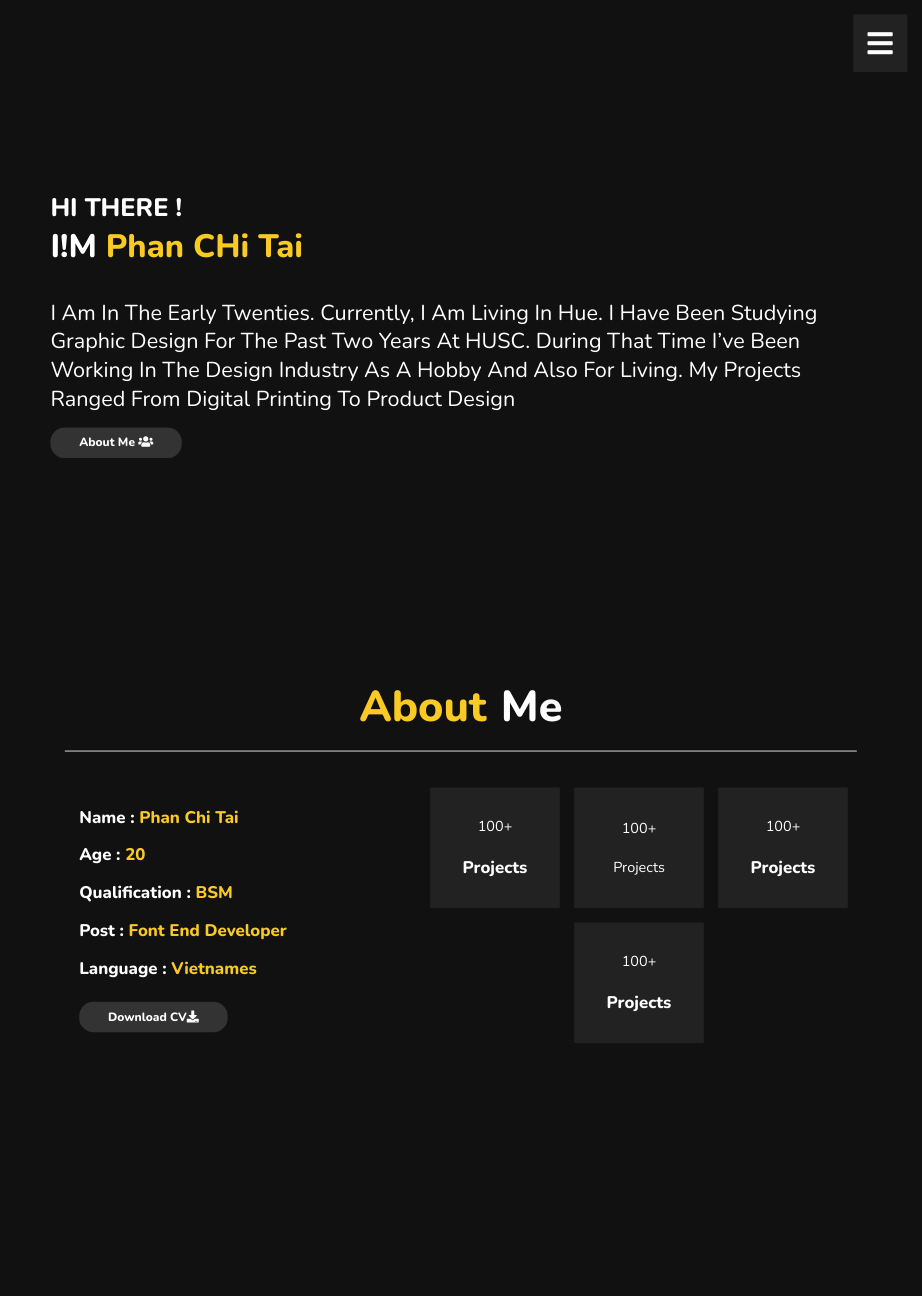
Repository: PCTai/My-profile
Page: index.html
An editor plug-in stored every save of this project. The page is shown before and after the next save, followed by the edit.
The browser window is 1024 px wide. The pictures show the whole page, at 90% of full size.

Above is the page before, as saved 2021-11-26 09:48:36.

After the next save:
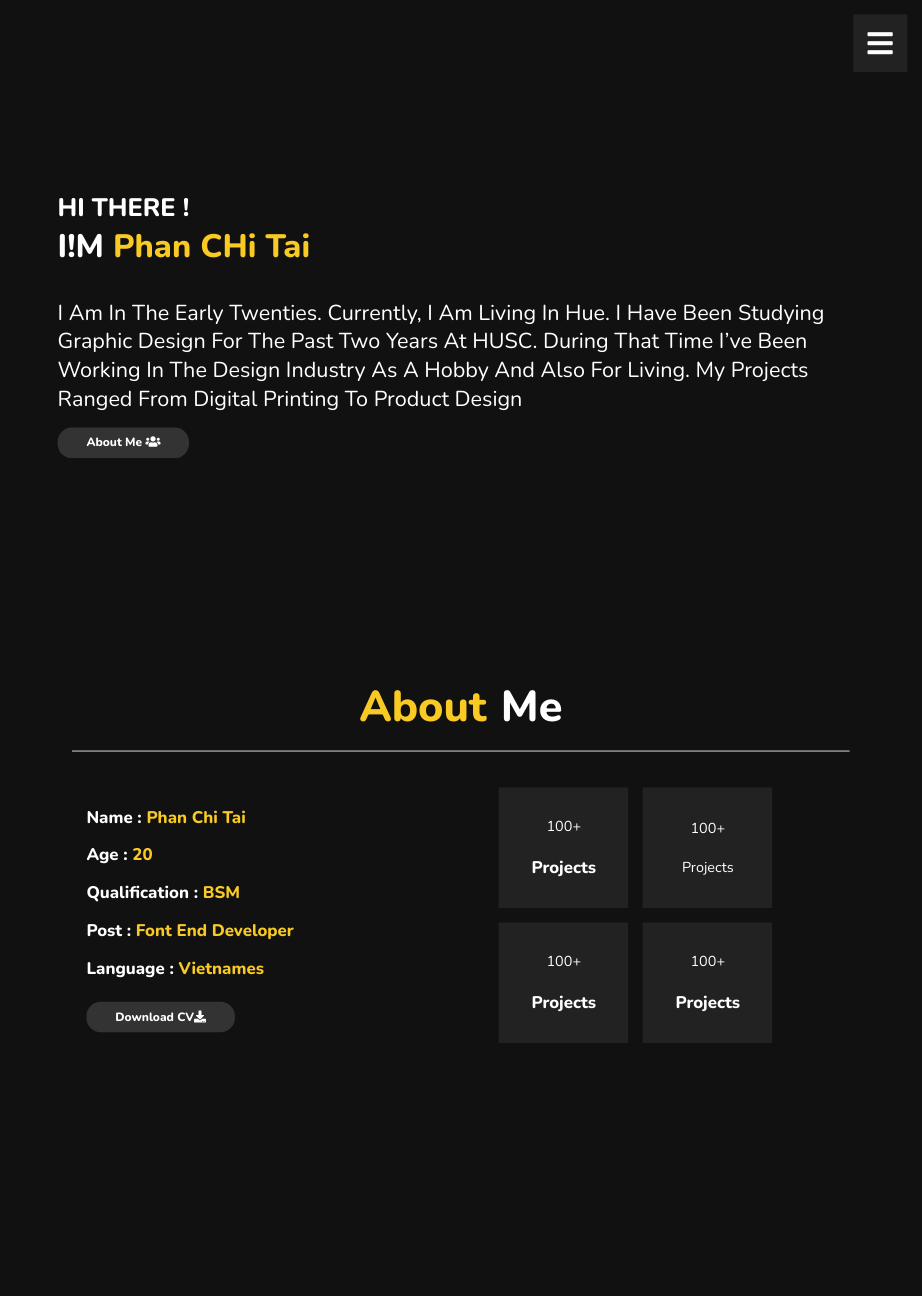
Saved 9 s later.
--- a/assets/css/reponsive.css
+++ b/assets/css/reponsive.css
@@ -12,7 +12,7 @@
         left: -125%;
     }
     body{
-        padding: 0 1.5rem;
+        padding: 0 2rem;
     }
     #menu{
         display: block;
